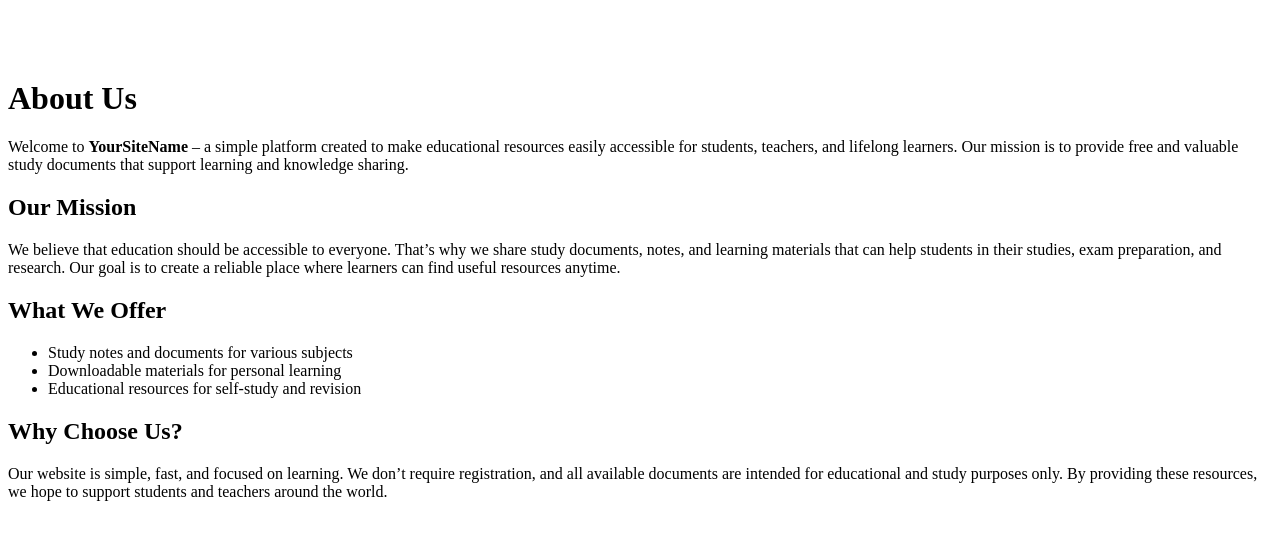
Repository: saroeuntola/we-share
Page: http://localhost/about?lang=en
The author's editor kept a copy of each file at every save. The page is drawn from the files as they stood at one save, then again after a run of saves.
The browser window is 1280 px wide. The pictures show the whole page.
The page is run by PHP 8.4 with error messages shown; the project is at /var/www/html/. Style sheets and scripts are compiled from the project's sources, by tool versions that may differ from the author's.

Above is the page before, as saved 2025-08-29 14:17:14.

After the next 4 saves:
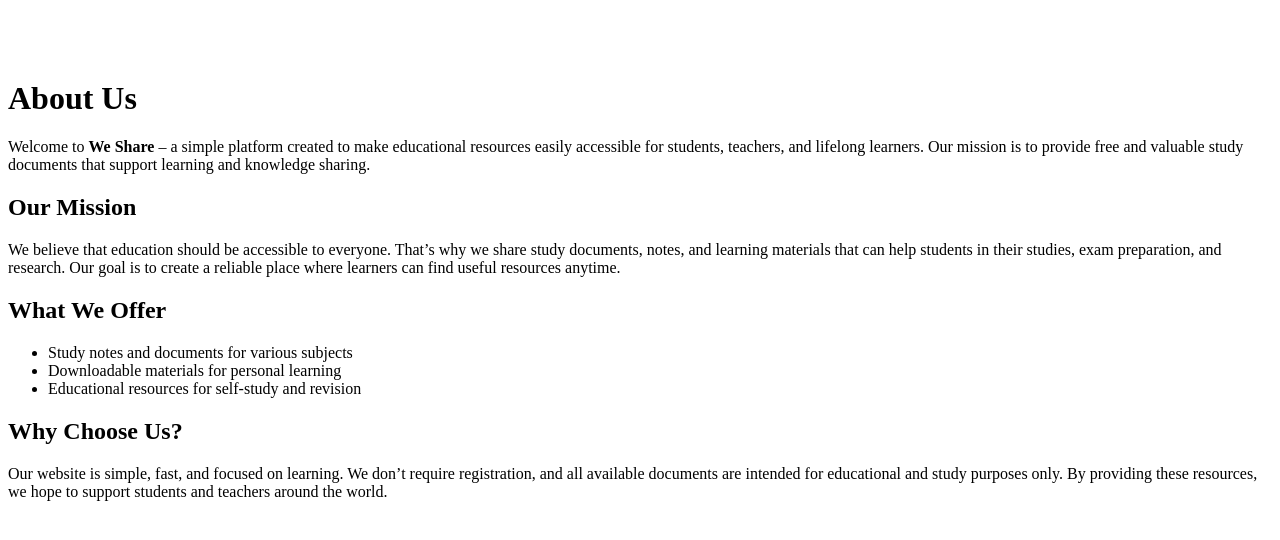
The 4 saves are shown as one change because they came seconds apart.
The last was saved 14 s later.
--- a/about.php
+++ b/about.php
@@ -35,7 +35,7 @@
     <main class="max-w-7xl mx-auto px-4 mt-[80px]">
         <h1 class="text-3xl font-bold mb-6">About Us</h1>
 
-        <p class="mb-4">Welcome to <strong>YourSiteName</strong> – a simple platform created to make educational resources easily accessible for students, teachers, and lifelong learners. Our mission is to provide free and valuable study documents that support learning and knowledge sharing.</p>
+        <p class="mb-4">Welcome to <strong>We Share</strong> – a simple platform created to make educational resources easily accessible for students, teachers, and lifelong learners. Our mission is to provide free and valuable study documents that support learning and knowledge sharing.</p>
 
         <h2 class="text-xl font-semibold mt-8 mb-2">Our Mission</h2>
         <p class="mb-4">We believe that education should be accessible to everyone. That’s why we share study documents, notes, and learning materials that can help students in their studies, exam preparation, and research. Our goal is to create a reliable place where learners can find useful resources anytime.</p>
